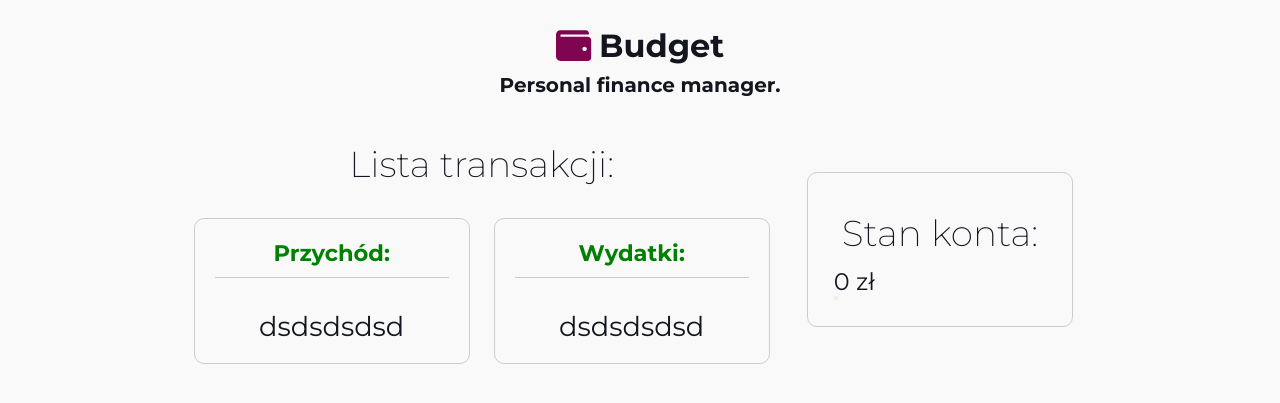
Repository: KrzysKolo/sr_tydzien4_zad4
Page: /
These files come from the project's save history. The page is drawn as it stood at one moment and after the next save; the edit follows.
The browser window is 1280 px wide. The pictures show the whole page.
Some web libraries are served in a nearby version. The project was rebuilt for these pictures with package versions that can differ from the ones it lists, and the page was loaded fresh each time.

Above is the page before, as saved 2020-11-29 15:14:58.

### public/index.html
<!DOCTYPE html>
<html lang="en">
  <head>
    <meta charset="utf-8" />
    <link rel="icon" href="%PUBLIC_URL%/favicon.ico" />
    <meta name="viewport" content="width=device-width, initial-scale=1" />
    <meta name="theme-color" content="#000000" />
    <meta
      name="description"
      content="Web site created using create-react-app"
    />
    <link rel="apple-touch-icon" href="%PUBLIC_URL%/logo192.png" />
    <!--
      manifest.json provides metadata used when your web app is installed on a
      user's mobile device or desktop. See https://developers.google.com/web/fundamentals/web-app-manifest/
    -->
    <link rel="manifest" href="%PUBLIC_URL%/manifest.json" />
    <!--
      Notice the use of %PUBLIC_URL% in the tags above.
      It will be replaced with the URL of the `public` folder during the build.
      Only files inside the `public` folder can be referenced from the HTML.

      Unlike "/favicon.ico" or "favicon.ico", "%PUBLIC_URL%/favicon.ico" will
      work correctly both with client-side routing and a non-root public URL.
      Learn how to configure a non-root public URL by running `npm run build`.
    -->
    <link
      href="https://fonts.googleapis.com/css?family=Montserrat:200,400,700&display=swap&subset=latin-ext"
      rel="stylesheet"
    />
    <script
      src="https://kit.fontawesome.com/327a0d490c.js"
      crossorigin="anonymous"
    ></script>
    <title>Budget</title>
  </head>
  <body>
    <noscript>You need to enable JavaScript to run this app.</noscript>
    <div id="root"></div>
    <!--
      This HTML file is a template.
      If you open it directly in the browser, you will see an empty page.

      You can add webfonts, meta tags, or analytics to this file.
      The build step will place the bundled scripts into the <body> tag.

      To begin the development, run `npm start` or `yarn start`.
      To create a production bundle, use `npm run build` or `yarn build`.
    -->
  </body>
</html>

### src/App.js
import React from 'react';
import Budget from './components/Budget'

const App = () => {
  return (
    <>
      <Budget/>
    </>
  )
}

export default App;

### src/components/Budget.js
import React from 'react';
import Header from './budgetComponents/Header';
import Section from './budgetComponents/Section';
import SectionInfo from './budgetComponents/SectionInfo';
import H2 from './budgetComponents/sectionComponents/H2';
import styled, { createGlobalStyle } from 'styled-components';

const GlobalStyle = createGlobalStyle`
    * {
        padding: 0;
        margin: 0;
        box-sizing: border-box;
    }
    body {
        background-color: #f9f9f9;
        color: #14161f;
        font-family: "Montserrat", sans-serif;
        font-size: 16px;
        min-height: 100vh;
    }
    `;
const Container = styled.main`
    font-size: 1.5rem;
`;
const SectionContainer = styled.section`
    display: flex;
    flex-direction: row;
    justify-content: center;
    align-items: center;
`;
const SectionBudget = styled.section`
    display: flex;
    flex-direction: column;
    justify-content: center;
    align-items: center;
`;
const SectionItems = styled.section`
    display: flex;
    flex-direction: row;
    justify-content: center;
    align-items: center;

`;
const Budget = () => {
    return (
        <>
            <GlobalStyle />
            <Container>
                <Header />
                <SectionContainer>
                    <SectionBudget>
                        <H2 title={"Lista transakcji"} />
                        <SectionItems>
                            <Section title={"Przychód"} label={"p"}/>
                            <Section title={"Wydatki"}/>
                        </SectionItems>
                    </SectionBudget>
                    <SectionInfo title={"Stan konta"}/>
                </SectionContainer>
            </Container>
        </>
    )
}

export default Budget;

### src/components/budgetComponents/Header.js
import React from 'react';
import styled from 'styled-components';
import { FontAwesomeIcon } from '@fortawesome/react-fontawesome';
import { faWallet } from '@fortawesome/free-solid-svg-icons';

const SectionHeader = styled.header`
    align-items: center;
    color: rgb(127, 5, 80);
    display: flex;
    font-size: 2.2rem;
    flex-direction: column;
    justify-content: center;
    padding: 2%;
`;
const DivHeader = styled.div`
    align-items: center;
    display: flex;
    flex-direction: row;
    justify-content: center;
    margin-bottom: 0.5rem;
`;
const H1Header = styled.h1`
    color: #14161f;
    font-size: 2rem;
    margin-left: .5rem;
`;
const H2Header = styled.h2`
    color: #14161f;
    font-size: 1.25rem;
`;
const Header = () => {
    return (
        <SectionHeader>
            <DivHeader>
                <FontAwesomeIcon icon={faWallet}/>
                <H1Header>Budget</H1Header>
            </DivHeader>
            <H2Header>Personal finance manager.</H2Header>
        </SectionHeader>
    )
}

export default Header;

### src/components/budgetComponents/Section.js
import React from 'react';
import H1 from './sectionComponents/H1';
import styled from 'styled-components';

const SectionWrapper = styled.section`
    border: 1px solid #ccc;
    border-radius: 10px;
    display: flex;
    flex-direction: column;
    font-size: 1.7rem;
    justify-content: center;
    align-items: center;
    margin: 2%;
    padding: 20px;
    width: 300px;
`;
const Section = ({ title, label }) => {
    return (
        <SectionWrapper>
           <H1 title={title} label={label}> </H1>
           <p>dsdsdsdsd</p>
        </SectionWrapper>
    )
}

export default Section;

### src/components/budgetComponents/SectionInfo.js
import React from 'react';
import H2 from './sectionComponents/H2';
import styled from 'styled-components';

const SectionWrapper = styled.section`
    border: 1px solid #ccc;
    border-radius: 10px;
    display: flex;
    flex-direction: column;
    margin: 2vw;
    padding: 2%;
`;
const ButtonWrapper = styled.div`
    display: flex;
    flex-direction: row;
`;
const Section = ({ title }) => {
    return (
        <SectionWrapper>
           <H2 title={title}> </H2>
           <p>0 zł</p>
           <ButtonWrapper>
                <button type="submit" value="text1" />
           </ButtonWrapper>
        </SectionWrapper>
    )
}

export default Section;

### src/components/budgetComponents/sectionComponents/H2.js
import React from 'react'
import styled from 'styled-components';

const TitleH2 = styled.h2`
    font-weight: 200;
    margin: 2% auto;
    padding: 0.5rem;
`;

const H2 = ({title}) => {
    return (
        <TitleH2>
            {title}:
        </TitleH2>
    )
}

export default H2;

### src/components/budgetComponents/sectionComponents/H1.js
import React from 'react'
import styled from 'styled-components';

const TitleH1 = styled.h1`
    border-bottom: 1px solid #ccc;
    color: ${label => label ? 'green' : 'red'};
    margin-bottom: 2rem;
    padding-bottom: 10px;
    display: block;
    width: 100%;
    text-align: center;
`;

const H1 = ({title, label}) => {
    return (
        <TitleH1>
            {title}:
        </TitleH1>
    )
}

export default H1;

Loaded but not shown: src/index.js (common file); src/index.css (common file)

After the next save:
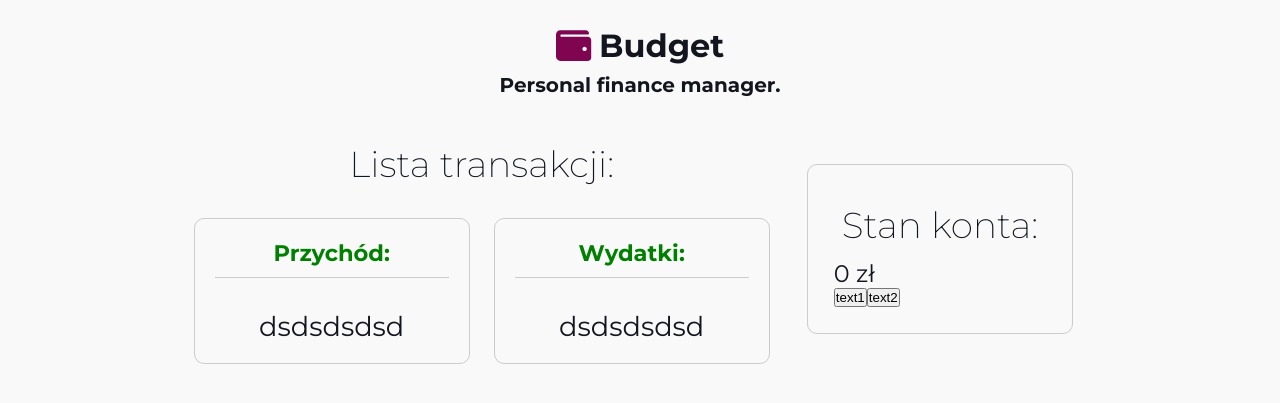
Saved 23 s later.
--- a/src/components/budgetComponents/SectionInfo.js
+++ b/src/components/budgetComponents/SectionInfo.js
@@ -20,7 +20,8 @@ const Section = ({ title }) => {
            <H2 title={title}> </H2>
            <p>0 zł</p>
            <ButtonWrapper>
-                <button type="submit" value="text1" />
+                <button type="submit" >text1</button>
+                <button type="submit" >text2</button>
            </ButtonWrapper>
         </SectionWrapper>
     )
